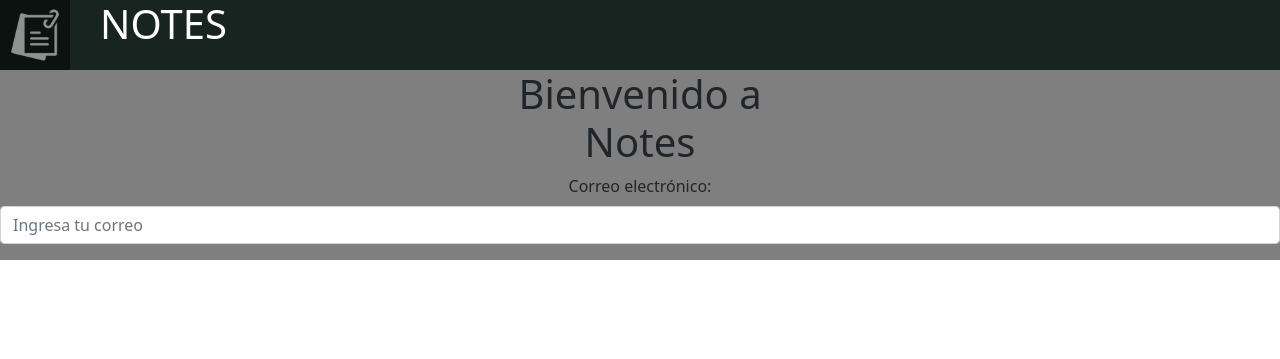
Repository: Daaira0811/TareaVue
Page: /
These files come from the project's save history. The page is drawn as it stood at one moment and after the next save; the edit follows.
The browser window is 1280 px wide. The pictures show the whole page.
The project was rebuilt for these pictures with package versions that can differ from the ones it lists, and the page was loaded fresh each time. Also part of the build but not shown: vite.config.js.

Above is the page before, as saved 2022-06-19 20:38:18.

After the next save:
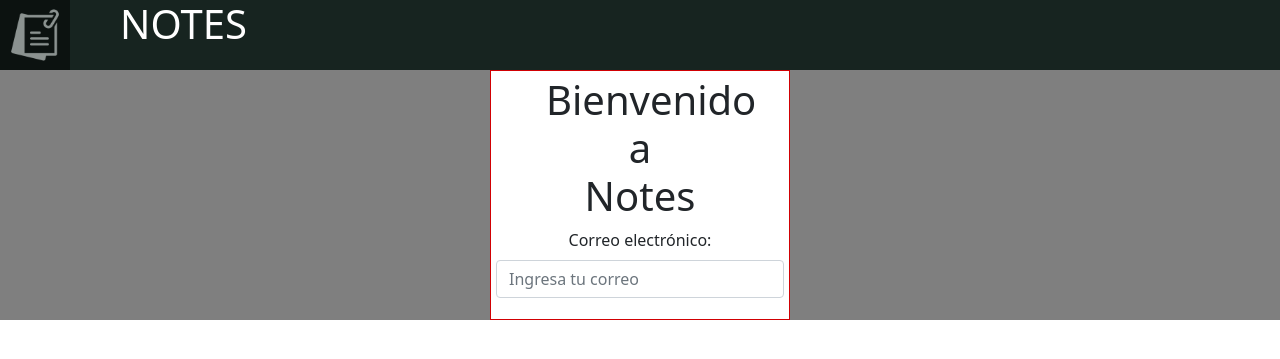
Saved 5 min 4 s later.
--- a/src/views/HomeView.vue
+++ b/src/views/HomeView.vue
@@ -1,9 +1,10 @@
 <template>
   <main>
     <Navbar/>
-   <div id="container-Modal"><h1>Bienvenido a <br>
+   <div id="container-Modal">
+    <div id="modal">
+      <h1>Bienvenido a <br>
     Notes</h1>
-    <div modal>
       <v-card>
         <b-form @submit="onSubmit">
         <b-form-group
@@ -44,7 +45,7 @@ main{
   text-align: center;
 }
 h1{
- margin : 30px;
+ margin : 50pc 50px;
 }
 #container-Modal{
   z-index: 9998;
@@ -57,7 +58,12 @@ h1{
   transition: opacity .3s ease
 }
 #modal{
-width:300px;
+  background-color: white;
+  border:thin solid hsl(359, 100%, 41%);
+  padding: 5px;
+  display: inline-block;
+  width:300px;
+  text-align: center;
 
 }
 b-form-group > label{
